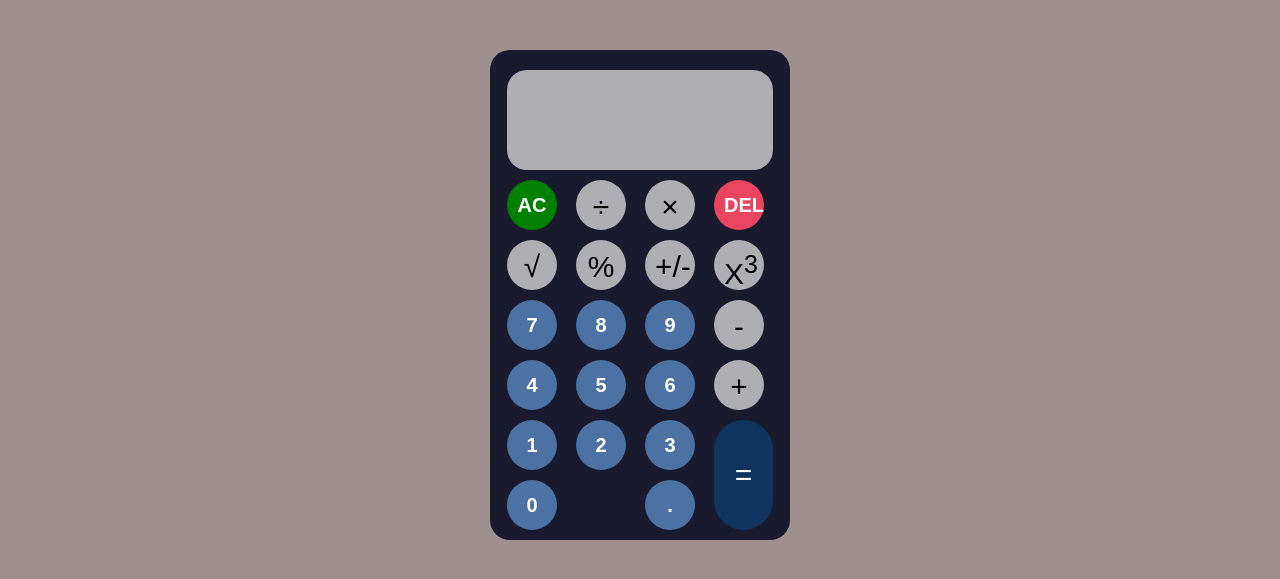
Repository: MikkyPrestige/js-calculator
Page: index.html
These files come from the project's save history. The page is drawn as it stood at one moment and after the next save; the edit follows.
The browser window is 1280 px wide. The pictures show the whole page.

Above is the page before, as saved 2023-05-08 02:09:33.

### index.html
<!DOCTYPE html>
<html lang="en">

<head>
  <meta charset="UTF-8">
  <meta http-equiv="X-UA-Compatible" content="IE=edge">
  <meta name="viewport" content="width=device-width, initial-scale=1.0">
  <title>JavaScript Calculator</title>
  <link rel="stylesheet" href="./index.css">
  <!-- <script src="script.js" defer></script> -->
</head>

<body>
  <main>
    <section class="calculator">
      <div class="output">
        <div class="output--curr"></div>
        <div class="output--prev"></div>
      </div>
      <div class="btns">
        <button class="btn clear">AC</button>
        <button class="btn del">DEL</button>
        <button class="btn op divide">÷</button>
        <button class="btn op multiply">×</button>
        <button class="btn op minus">-</button>
        <button class="btn op plus">+</button>
        <button class="btn op mod">%</button>
        <button class="btn op plusMinus">+/-</button>
        <button class="btn op square">√</button>
        <button class="btn op cube">X<sup>3</sup></button>
        <button class="btn equalTo">=</button>
        <button class="btn num seven">7</button>
        <button class="btn num eight">8</button>
        <button class="btn num nine">9</button>
        <button class="btn num four">4</button>
        <button class="btn num five">5</button>
        <button class="btn num six">6</button>
        <button class="btn num one">1</button>
        <button class="btn num two">2</button>
        <button class="btn num three">3</button>
        <button class="btn num zero">0</button>
        <button class="btn num dot">.</button>
      </div>
    </section>
  </main>
</body>

</html>

### index.css
*,
*::before,
*::after {
  box-sizing: border-box;
  margin: 0;
  padding: 0;
}

html {
  font-size: 62.5%;
}

body {
  font-family: 'Inter', sans-serif;
  font-size: 1.6rem;
  font-weight: 400;
  line-height: 1.5;
  background: #9F9090;
  min-height: 100%;
  width: 100%;
}

main {
  background: rgba(26, 26, 46, 1);
  width: 100%;
  max-width: 30rem;
  height: 100%;
  margin: 5rem auto;
  padding: 1rem;
  border-radius: 2rem;
  -webkit-border-radius: 2rem;
  -moz-border-radius: 2rem;
  -ms-border-radius: 2rem;
  -o-border-radius: 2rem;
}

.calculator {
  display: flex;
  flex-direction: column;
  justify-content: space-between;
  align-items: center;
  width: 100%;
  height: 100%;
}

.output {
  background: #AFAFB3;
  width: 95%;
  height: 10rem;
  border-radius: 2rem;
  -webkit-border-radius: 2rem;
  -moz-border-radius: 2rem;
  -ms-border-radius: 2rem;
  -o-border-radius: 2rem;
  display: flex;
  flex-direction: column;
  justify-content: space-around;
  align-items: flex-end;
  padding: 1rem;
  margin: 1rem 0;
}

.output--curr {
  font-size: 2.5rem;
  font-weight: 700;
  color: #000;
  border-bottom: 0.2rem solid rgba(0, 0, 0, 0.2);
  padding-bottom: .5rem;
}

.output--prev {
  font-size: 1.5rem;
  font-weight: 400;
  color: rgba(0, 0, 0, 0.5);
}

.btns {
  display: grid;
  grid-template-columns: repeat(4, 1fr);
  grid-gap: 1rem;
  grid-template-areas:
    "clear divide multiply del"
    "square mod plusMinus cube"
    "seven eight nine minus"
    "four five six plus"
    "one two three equalTo"
    "zero zero dot equalTo";
  width: 95%;
  height: 100%;
}

.btn {
  border-radius: 50%;
  -webkit-border-radius: 50%;
  -moz-border-radius: 50%;
  -ms-border-radius: 50%;
  -o-border-radius: 50%;
  border: none;
  outline: none;
  font-size: 2rem;
  font-weight: 700;
  padding: 1rem;
  color: #FFFFFF;
  cursor: pointer;
  transition: all 0.2s ease-in-out;
  -webkit-transition: all 0.2s ease-in-out;
  -moz-transition: all 0.2s ease-in-out;
  -ms-transition: all 0.2s ease-in-out;
  -o-transition: all 0.2s ease-in-out;
  width: 5rem;
  height: 5rem;
}

.op {
  background: rgba(217, 217, 217, 0.78);
  color: #000;
  font-size: 3rem;
  font-weight: 300;
}

.op:hover {
  background: #000000;
  color: rgba(217, 217, 217, 0.78);
}

.num {
  background: #4B72A2;
}

.num:hover {
  background: rgba(217, 217, 217, 0.78);
  color: #4B72A2;
}

.clear {
  background: #008000;
  grid-area: clear;
}

.clear:hover {
  background: rgba(217, 217, 217, 0.78);
  color: #008000;
}

.del {
  background: #E94560;
  grid-area: del;
}

.del:hover {
  background: rgba(217, 217, 217, 0.78);
  color: #E94560;
}

.divide {
  grid-area: divide;
}

.multiply {
  grid-area: multiply;
}

.square {
  grid-area: square;
}

.mod {
  grid-area: mod;
}

.plusMinus {
  grid-area: plusMinus;
}

.cube {
  grid-area: cube;
}

.minus {
  grid-area: minus;
}

.plus {
  grid-area: plus;
}

.one {
  grid-area: one;
}

.two {
  grid-area: two;
}

.three {
  grid-area: three;
}

.four {
  grid-area: four;
}

.five {
  grid-area: five;
}

.six {
  grid-area: six;
}

.seven {
  grid-area: seven;
}

.eight {
  grid-area: eight;
}

.nine {
  grid-area: nine;
}

.zero {
  grid-area: zero;
  border-radius: 3rem;
}

.dot {
  grid-area: dot;
}

.equalTo {
  grid-area: equalTo;
  background: #0F3460;
  font-size: 3rem;
  font-weight: 300;
  border-radius: 3rem;
  -webkit-border-radius: 3rem;
  -moz-border-radius: 3rem;
  -ms-border-radius: 3rem;
  -o-border-radius: 3rem;
  width: unset;
  height: unset;
}

.equalTo:hover {
  background: rgba(217, 217, 217, 0.78);
  color: #0F3460;
}

.btn:hover {
  transform: scale(1.1);
  -webkit-transform: scale(1.1);
  -moz-transform: scale(1.1);
  -ms-transform: scale(1.1);
  -o-transform: scale(1.1);
}

.btn:active {
  transform: scale(0.9);
  -webkit-transform: scale(0.9);
  -moz-transform: scale(0.9);
  -ms-transform: scale(0.9);
  -o-transform: scale(0.9);
}

After the next save:
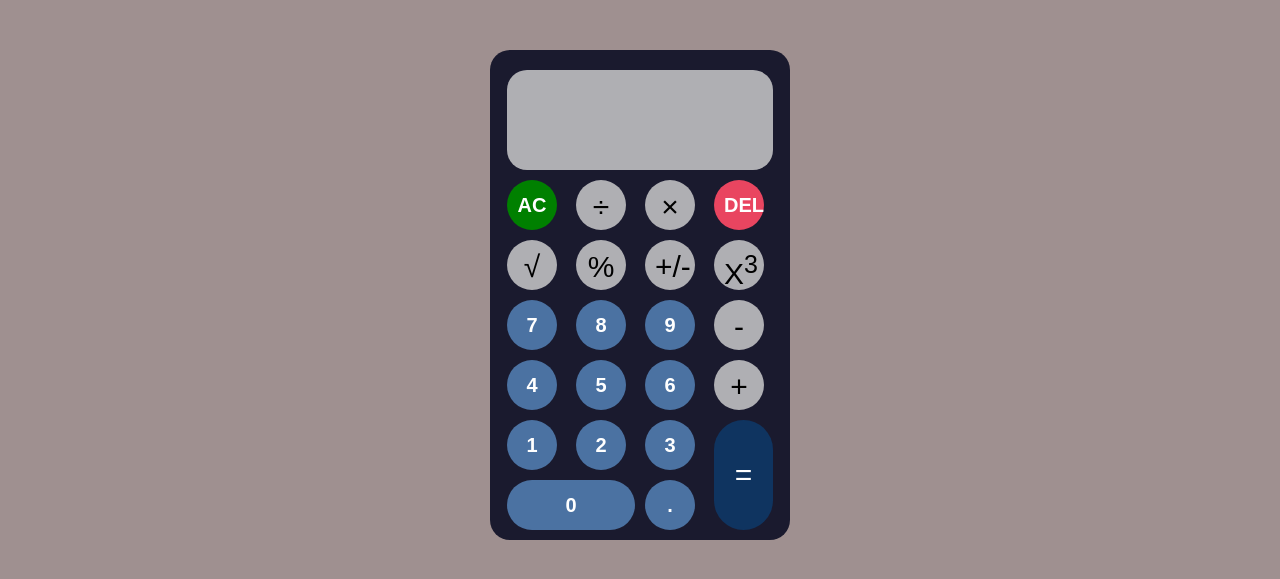
Saved 17 s later.
--- a/index.css
+++ b/index.css
@@ -223,6 +223,12 @@ main {
 .zero {
   grid-area: zero;
   border-radius: 3rem;
+  -webkit-border-radius: 3rem;
+  -moz-border-radius: 3rem;
+  -ms-border-radius: 3rem;
+  -o-border-radius: 3rem;
+  width: unset;
+  height: unset;
 }
 
 .dot {
